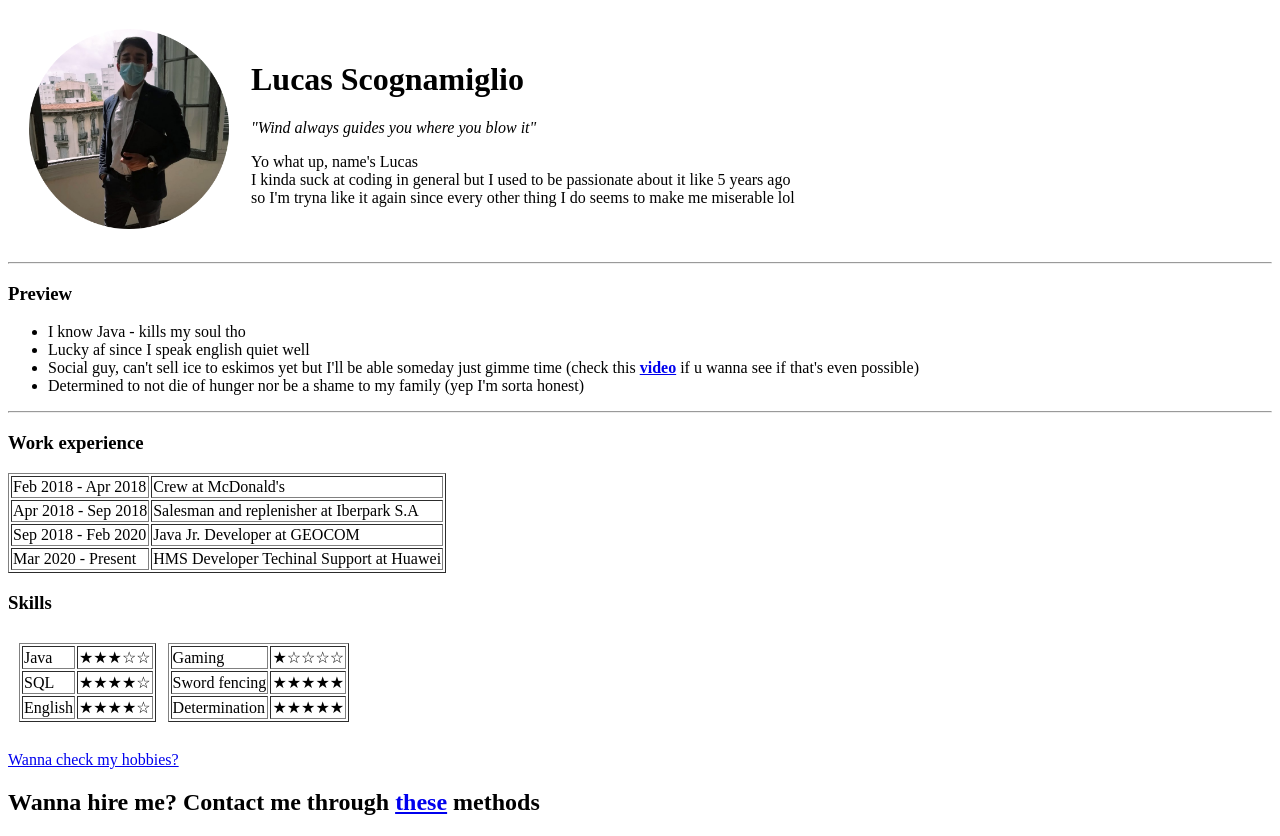
Repository: ScoggoDev/DesarrolloWeb
Page: tarea en equipo 1/cv.html
The author's editor kept a copy of each file at every save. The page is drawn from the files as they stood at one save, then again after the next save.
The browser window is 1280 px wide. The pictures show the whole page.

Above is the page before, as saved 2021-07-07 21:17:58.

After the next save:
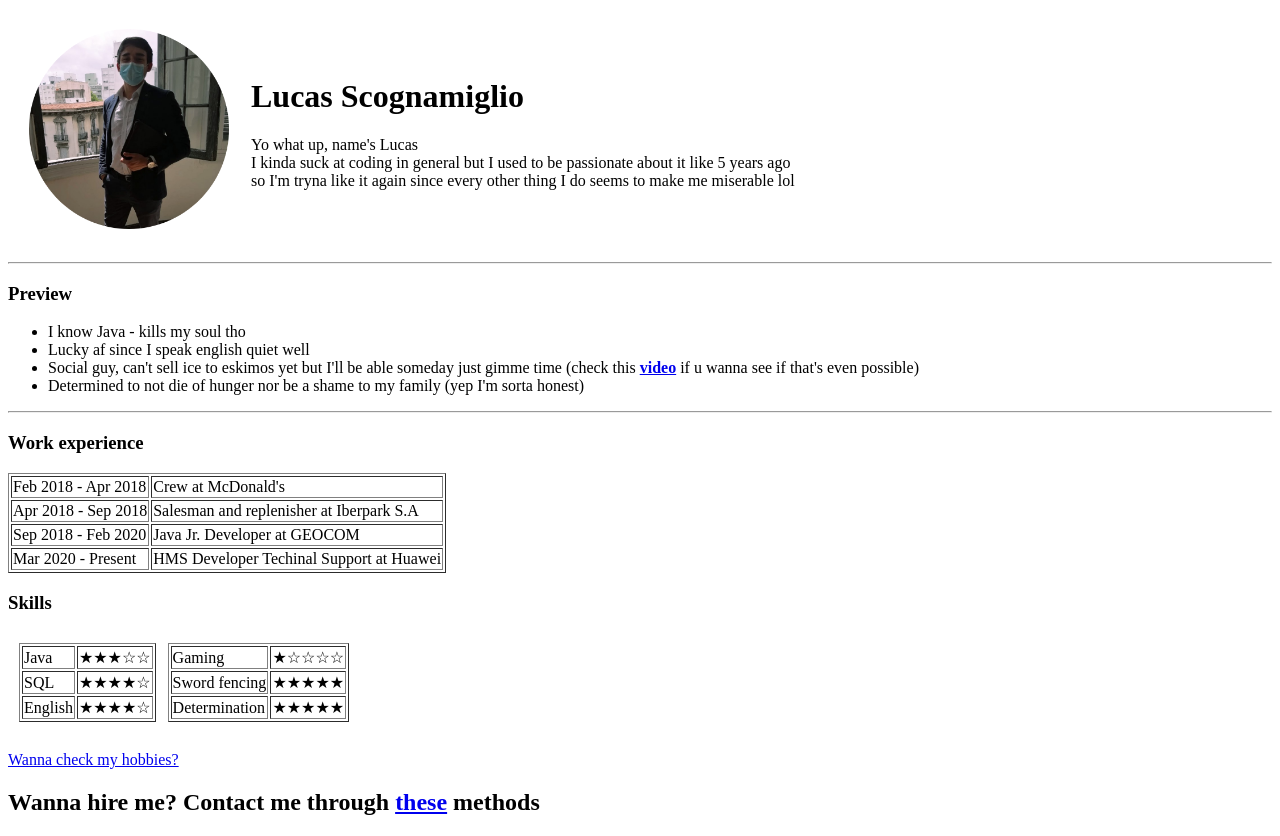
Saved 35 s later.
--- a/tarea en equipo 1/cv.html
+++ b/tarea en equipo 1/cv.html
@@ -8,7 +8,6 @@
     <table cellspacing = "20">
       <td><img src="circle-cropped.png" alt="Lucas Scognamiglio" width="200" height="200"></td>
       <td>    <h1>Lucas Scognamiglio</h1>
-          <i>"Wind always guides you where you blow it"</i>
           <p>Yo what up, name's Lucas <br> I kinda suck at coding in general but I used to be passionate about it like 5 years ago <br> so I'm tryna
           like it again since every other thing I do seems to make me miserable lol</p></td>
     </table>
